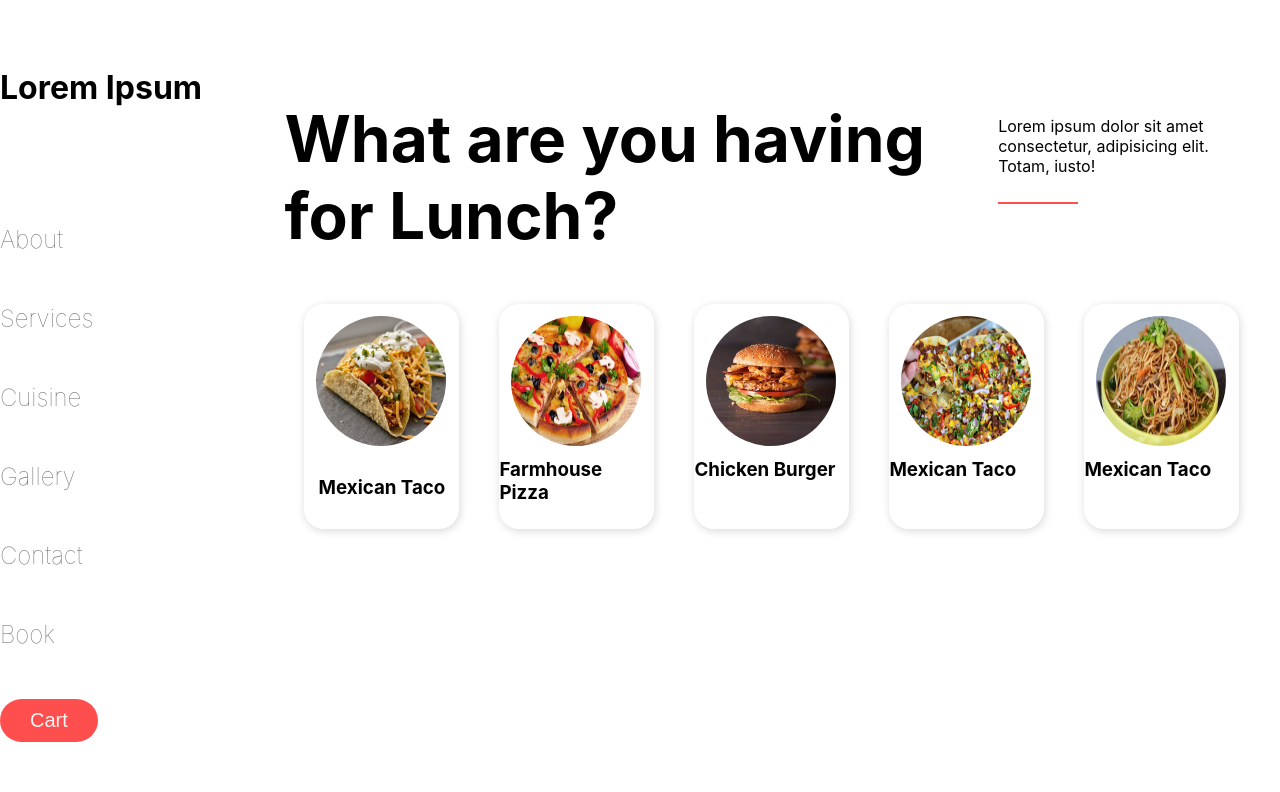
Repository: Marlstergo/assignment2
Page: /
These files come from the project's save history. The page is drawn as it stood at one moment and after the next save; the edit follows.
The browser window is 1280 px wide. The pictures show the whole page.
The project was rebuilt for these pictures with package versions that can differ from the ones it lists, and the page was loaded fresh each time.

Above is the page before, as saved 2021-07-27 03:12:59.

After the next save:
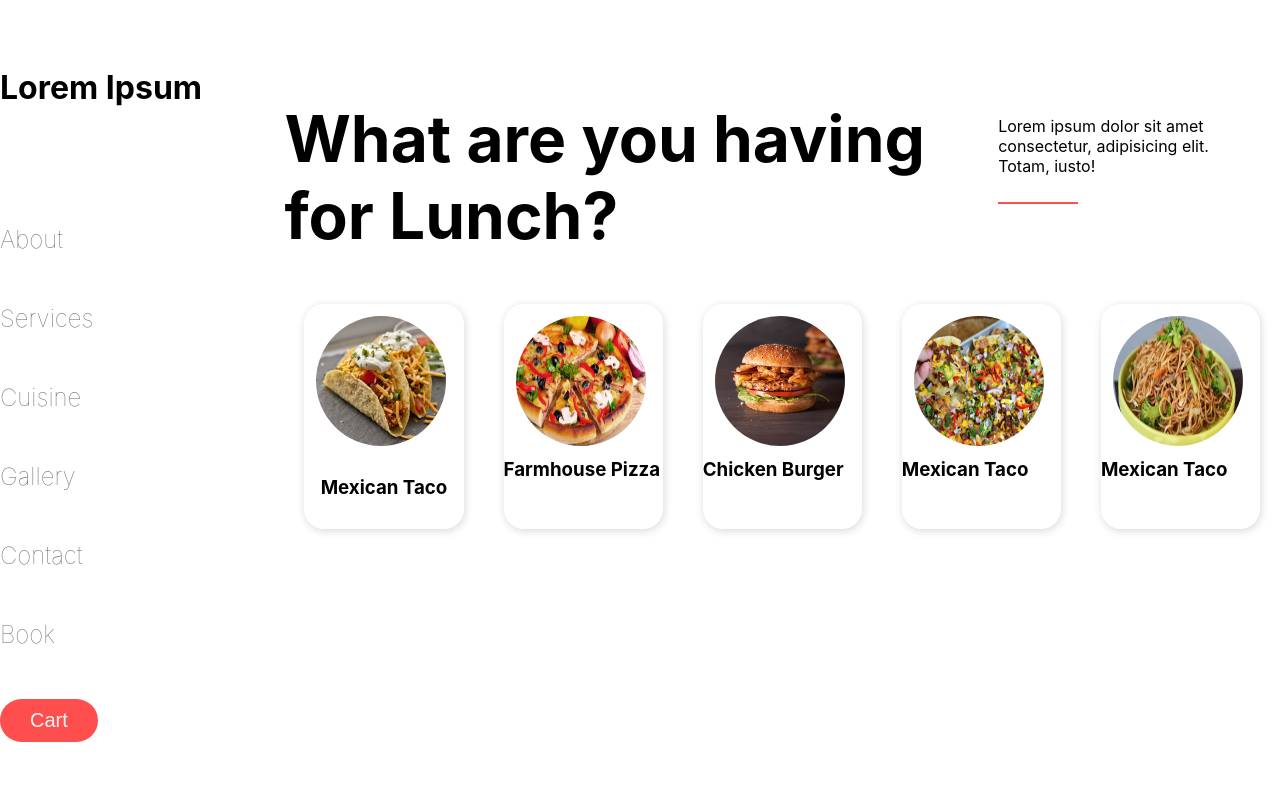
Saved 9 s later.
--- a/src/App.css
+++ b/src/App.css
@@ -131,7 +131,7 @@ h1{
   /* background-color: aqua; */
   border-radius: 20px;
   /* height: 200px; */
-  width: 155px;
+  width: 200px;
   box-shadow: 1px 2px 8px rgb(220, 216, 216);
 }
 .cell h3{
